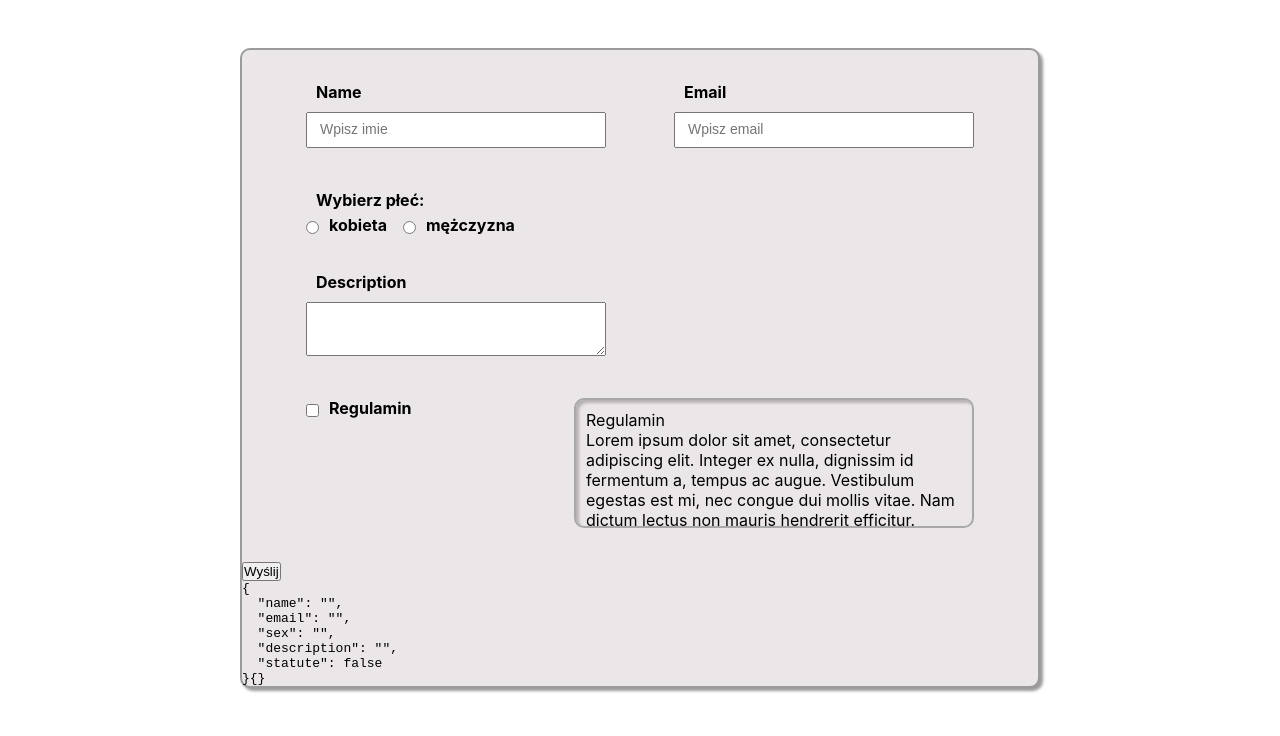
Repository: KrzysKolo/sr_tydzien4_zad3
Page: /
These files come from the project's save history. The page is drawn as it stood at one moment and after the next save; the edit follows.
The browser window is 1280 px wide. The pictures show the whole page.
The project was rebuilt for these pictures with package versions that can differ from the ones it lists, and the page was loaded fresh each time. Also part of the build but not shown: src/components/FormComponents/TextError.js.

Above is the page before, as saved 2020-11-19 14:01:27.

After the next save:
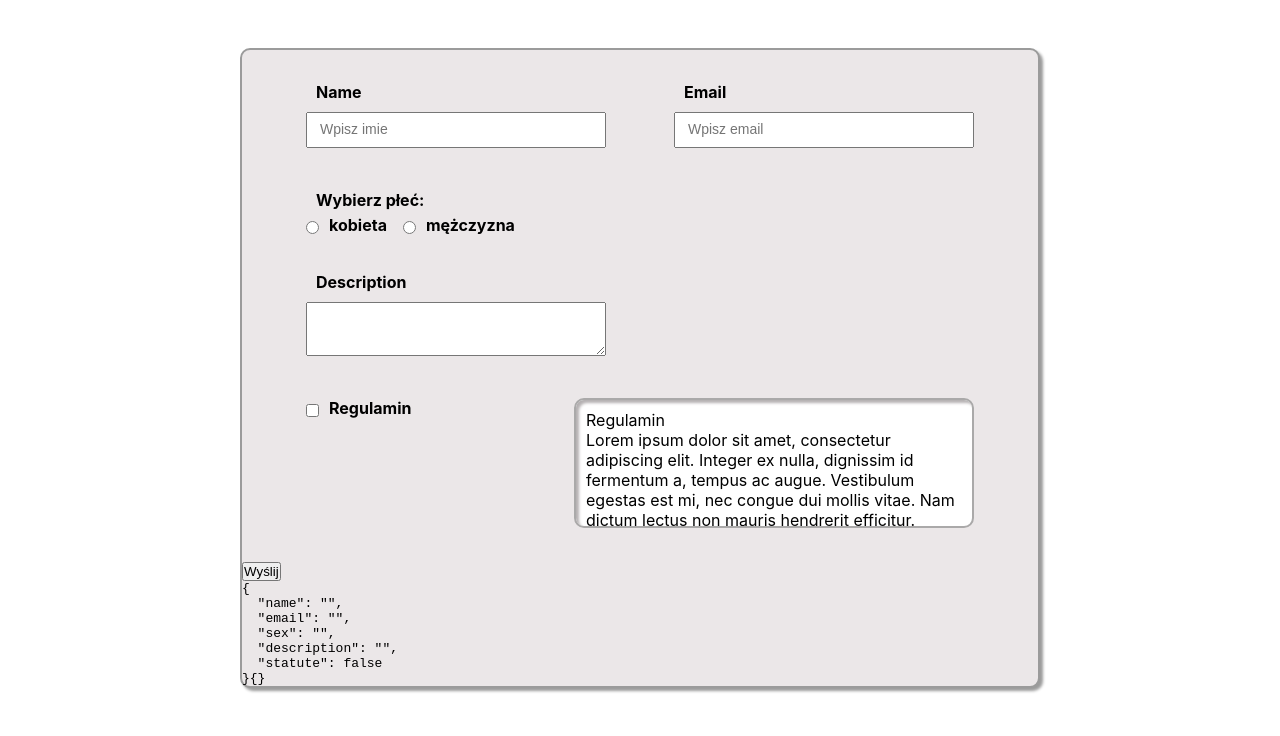
Saved 46 s later.
--- a/src/App.css
+++ b/src/App.css
@@ -48,7 +48,7 @@ textarea {
   border: 2px solid rgb(170, 169, 169);
   border-radius: 10px;
   box-shadow: inset 3px 3px 3px rgb(181, 177, 178);
-  background: rgb(235, 231, 232);
+  background: #ffffff;
   height: 130px;
   width: 400px;
   padding: 10px;
